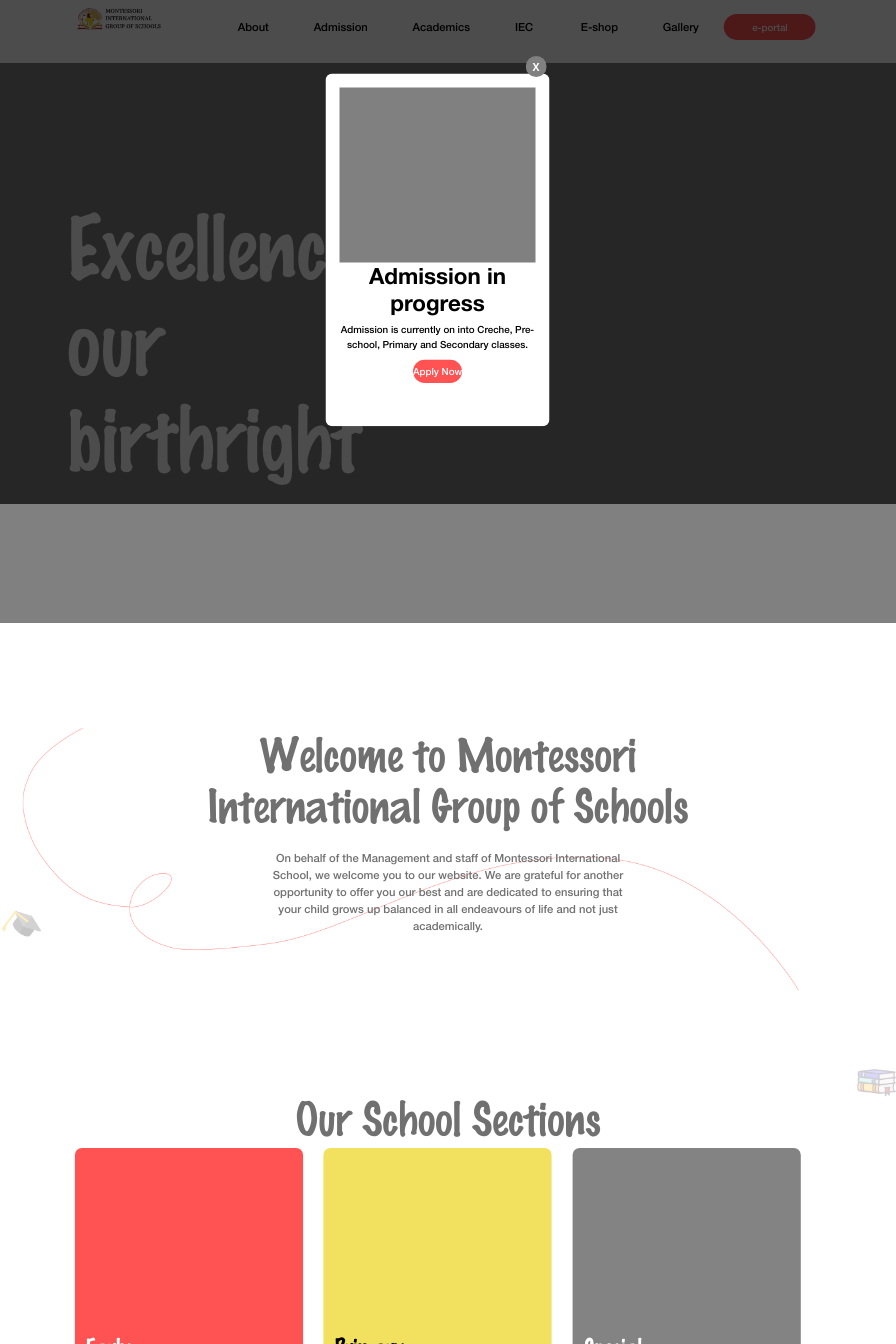
Repository: sarahnnanyelugo/MIGS
Page: /
These files come from the project's save history. The page is drawn as it stood at one moment and after the next save; the edit follows.
The browser window is 1280 px wide. The pictures show the part of the page from y = 0 to 1920 px (the page is 6410 px tall), at 70% of full size.
The project was rebuilt for these pictures with package versions that can differ from the ones it lists, and the page was loaded fresh each time.

Above is the page before, as saved 2023-05-30 22:10:43.

### src/index.js
import React from "react";
import ReactDOM from "react-dom/client";
import "./index.css";
import App from "./App";
import reportWebVitals from "./reportWebVitals";
import "bootstrap/dist/css/bootstrap.min.css";
import { BrowserRouter, Routes, Route, Link, Outlet } from "react-router-dom";
const root = ReactDOM.createRoot(document.getElementById("root"));
root.render(
  <BrowserRouter>
    <App />
  </BrowserRouter>
);

// If you want to start measuring performance in your app, pass a function
// to log results (for example: reportWebVitals(console.log))
// or send to an analytics endpoint. Learn more: https://bit.ly/CRA-vitals
reportWebVitals();

### src/App.js
import logo from "./logo.svg";
import "./App.scss";
import "bootstrap/dist/css/bootstrap.min.css";
import { BrowserRouter, Routes, Route, Link, Outlet } from "react-router-dom";
import Home from "./pages/Home/Home";
import ScrollToTop from "./components/scrollToTop";
import NavBar from "./components/NavBar/NavBar";
function App() {
  return (
    <>
      <ScrollToTop />
      <NavBar />
      <Routes>
        {" "}
        <Route path="/" element={<Home />} />
        {/* <Route path="tech-hub-page" element={<TechHub />} />
        <Route path="team-hire" element={<TeamHire />} />
        <Route path="hire-page" element={<HiringPage />} /> */}
      </Routes>
    </>
  );
}

export default App;

### src/App.scss
@font-face {
  font-family: maker;
  src: url(./assets/fonts/marker-felt/Marker-Felt.ttf);
}
@font-face {
  font-family: helveticaB;
  src: url(./assets/fonts/helvetica/HelveticaNeueBold.ttf);
}
@font-face {
  font-family: helveticaM;
  src: url(./assets/fonts/helvetica/HelveticaNeueMedium.ttf);
}
@font-face {
  font-family: helveticaR;
  // src: url(./assets/fonts/helvetica/HelveticaNeueRegular.ttf);
  src: url(./assets/fonts/helvetica/HelveticaNeue-Extended.otf);
}

h1,
h2,
h3,
h4,
h5,
h6 {
  font-family: maker;
}

### src/components/NavBar/NavBar.jsx
import React, { useEffect, useState, useRef } from "react";
import { Link, NavLink } from "react-router-dom";
import "./_navbar.scss";
import { useLocation } from "react-router-dom";
// import Icofont from "react-icofont";
import Logo from "../../assets/images/logo2.png";

function NavBar() {
  return (
    <>
      <div className="nav-container col-md-10 offset-md-1">
        {" "}
        <div className=" col-md-1 tech-logo-div">
          {" "}
          <img className="tech-logo" src={Logo} alt="Scholar" width="60%" />
        </div>
        <ul className="list-inline list-unstyled ">
          <li className="list-inline-item">
            <NavLink className="tech-links cool-link" to={"/"}>
              About
            </NavLink>
          </li>
          <li className="list-inline-item">
            <NavLink className="tech-links cool-link">Admission</NavLink>
          </li>
          <li className="list-inline-item">
            <NavLink className="tech-links cool-link">Academics</NavLink>
          </li>
          <li className="list-inline-item">
            <NavLink className="tech-links cool-link">IEC</NavLink>
          </li>{" "}
          <li className="list-inline-item">
            <NavLink className="tech-links cool-link">E-shop</NavLink>
          </li>
          <li className="list-inline-item">
            <NavLink className="tech-links cool-link">Gallery</NavLink>
          </li>
          <li className="list-inline-item">
            <button className="nav-btn">e-portal</button>
          </li>
          <li>
            <div class="mobile-container "></div>
          </li>
        </ul>
      </div>
    </>
  );
}

export default NavBar;

### src/components/AppModal/AppModal.js
import "./_app-modal.scss";

// import ModalImg from "../../assets/read2.png";
// import SampleLogo from "../../assets/wellspring.png";

import React, { useEffect, useRef, useState } from "react";

export const AppModal = () => {
  const [showActive, setShowActive] = useState(false);
  const modalContainer = useRef(null);
  const bodyTag = useRef(null);

  useEffect(() => {
    setTimeout(() => {
      // modalContainer.addClass("two");
      // document.body.addClass("modal-active");
      setShowActive(true);
      // modalContainer.click(function () {
      // setShowActive(false);
      // this.addClass("out");
      // document.body.removeClass("modal-active");
      // });
    }, 2000);
  }, []);
  const setThisShowActive = () => {
    setShowActive(!showActive);
  };
  return (
    <>
      <div
        className={`col-md-2 my-app-modal-container ${
          showActive ? "modal-active" : ""
        }`}
      >
        <div
          ref={modalContainer}
          className={`col-md-12 ${showActive ? "two" : ""}`}
          id="modal-container"
        >
          <div className="modal-background col-md-12">
            <button onClick={setThisShowActive} className="close-btn">
              {/* <i class="icofont-close">x</i> */}X
            </button>

            <div className="modal col-md-10">
              <div className="col-md-12 ">
                <div className="img-div"></div>
                <h2>Admission in progress</h2>
                <p>
                  Admission is currently on into Creche, Pre-school, Primary and
                  Secondary classes.
                </p>
                <buttton className="app-btn col-md-12">Apply Now</buttton>
              </div>{" "}
            </div>
          </div>
        </div>
      </div>
    </>
  );
};

### src/pages/Home/home.scss
@import "../../variables";
@import "../../shared-styles";
.landing-img {
  position: relative;
  text-align: left;
  color: #fff;
  height: 800px;
  background-color: grey;
  @media screen and (max-width: 620px) {
    text-align: center;
  }
}
.centered {
  position: absolute;
  top: 50%;
  left: 20%;

  transform: translate(-50%, -50%);
  h1 {
    font-size: 114px !important;
    @media screen and (max-width: 620px) {
      font-size: 64px !important;
      margin-left: 120px;
    }
  }
}
.welcome-header {
  color: #707070;

  h1 {
    font-size: 60px;
  }
}
.welcome-paragraph {
  p {
    color: #707070;
    font-family: helveticaM;
  }
}
.welcome-div {
  height: 800px;
  background: url("../../assets/images/curly.png");
  background-size: contain;
  background-repeat: no-repeat;
}
.section-div {
  margin-top: -280px;

  h1 {
    font-size: 60px;
    color: #707070;
  }
}
.sections-container {
  position: relative;
  text-align: center;
  margin-bottom: 50px;
  border-radius: 10px;
  height: 358px;
}
.bottom-left {
  position: absolute;
  bottom: 8px;
  left: 16px;
}
.early-years {
  background: #ff5252;
  color: #fff;
}
.primary {
  background: #f2e15f;
  color: #000;
}
.special {
  background: #838383;
  color: #fff;
}
.junior {
  background: #2ebbef;
  color: #fff;
}
.senior {
  background: #30eaa9;
  color: #000;
}
.birthright-div {
  background: url("../../assets/images/pink-bg.png");
  background-size: cover;
  background-repeat: no-repeat;
  padding: 60px 0;
  margin: 100px 0;
  h1 {
    margin-bottom: 20px;
  }
  span {
    color: $red;
    font-size: 60px;
  }
  color: #707070;
  p {
    font-family: helveticaM;
    margin-bottom: 100px;
  }
  .img-div {
    height: 487px;
    border-radius: 10px;
    background: #fff;
  }
}
.stats-div {
  background: #554907;
  padding: 50px 0;
  h1 {
    color: #fff;
    font-size: 60px;
    // margin-bottom: 40px;
  }
  .stats {
    h1 {
      color: #fff;
      font-size: 70px;
      font-family: helveticaB;
    }
    p {
      color: #fff;
      font-family: helveticaM;
    }
  }
}
.news-div {
  margin-bottom: 50px;
  .img-div2 {
    background: #ede6e6;
    border-radius: 10px;
    height: 256px;
  }
  .news-details {
    padding: 0 0 0 20px;
    h4 {
      font-family: helveticaM;
      margin: 20px 0;
    }
    button {
      border: none;
      width: 72px;
      height: 30px;
      font-size: 13px;
      font-family: helveticaM;
      border-radius: 35px;
    }
    p {
      font-family: helveticaM;
      color: #414040;
      font-size: 15px;
    }
    small {
      font-size: 13px;
      color: #707070;
    }
    .holidays {
      background: #c6ddf4;
      color: #0b66c1;
    }
    .events {
      background: #f6f7be;
      color: #d3bd13;
    }
  }
}
.events-container {
  height: 149px;
  background: #ede6e6;
  width: 164px;
  border-radius: 20px;
  padding-top: 22px;
  h1 {
    font-family: helveticaM;
  }
  small {
    font-family: helveticaR;
    color: #414040;
  }
}
.upcoming-div {
  p {
    font-family: helveticaR;
    font-size: 20px;
    margin-top: 20px;
    line-height: 22px;
  }
}
.pictures-container {
  background: #fbe5e5;
  padding: 50px 0;
  h1 {
    font-size: 60px;
    color: #6c6868;
  }
  span {
    font-size: 70px;
    color: $red;
  }
  .img-div2 {
    background: #fff;
    border-radius: 20px;
    height: 250px;
  }
  .img-div {
    background: #fff;
    border-radius: 20px;
    height: 550px;
  }
}

### src/pages/Home/Events.js
import React from "react";

function Events({ day, year, month }) {
  return (
    <div className="events-container">
      <center>
        <small>{month}</small>
        <h1>{day}</h1>
        <small>{year}</small>
      </center>
    </div>
  );
}

export default Events;

### src/components/NavBar/_navbar.scss
@import "../../variables";
@import "../../shared-styles";

.nav-container {
  display: flex;
  padding-top: 20px;
  position: relative;
  z-index: 2 !important;
  padding-bottom: 0;
  height: 90px;
  background-color: #fff !important;
  ul li {
    margin-top: 0px !important;
  }
  .nav-btn {
    @include app-btn;
    padding: 8px 40px;
    // margin-top: 0 !important;
    border: none;
    @media screen and (max-width: 620px) {
      display: none;
    }
  }
  .tech-logo-div {
    flex-grow: 1 !important;
    margin-top: -10px;
  }
  .tech-links {
    color: #000;
    text-decoration: none;
    font-family: helveticaM;
    margin: 0px 28px !important;
    &:hover {
      color: $red;
    }
    @media screen and (max-width: 620px) {
      display: none;
    }
  }
}

### src/components/AppModal/_app-modal.scss
@import "../../variables";
@import "../../shared-styles";

.my-app-modal-container {
  position: relative;
  z-index: 3000 !important;
  .close-btn {
    right: 39% !important;
    background: grey !important;
    border-radius: 100%;
    position: relative;
    float: right;
    height: 30px !important;
    width: 30px !important;
    font-size: 15px;
    font-weight: bold;
    color: #fff !important;
    margin-top: -25px;

    background: transparent;
    border: none;
    z-index: 4000;
    &:hover {
      color: $lightblue !important;
    }
    @media screen and (max-width: 620px) {
      right: 5% !important;
      margin-top: 20px;
    }
  }
  * {
    box-sizing: border-box;
  }

  html,
  body,
  .my-app-modal-container {
    min-height: 100%;
    height: 100%;

    &.modal-active {
      overflow: hidden;
    }
  }

  #modal-container {
    position: fixed;
    display: table;
    height: 100%;
    width: 100%;
    top: 0;
    left: 0;
    transform: scale(0);
    z-index: 1;

    &.two {
      transform: scale(1);
      .modal-background {
        background: rgba(0, 0, 0, 0);
        animation: fadeIn 0.5s cubic-bezier(0.165, 0.84, 0.44, 1) forwards;
        .modal {
          opacity: 0;
          animation: scaleUp 1s cubic-bezier(0.165, 0.84, 0.44, 1) forwards;
          background: #fff !important;
          border-radius: 10px;
          width: 25%;
          height: 70%;
          top: 0px;
          padding: 20px;
          @media screen and (max-width: 620px) {
            height: fit-content;
            width: 90%;
            top: 70px;
          }
          color: black;

          p {
            text-align: center !important;
            font-family: helveticaM;
            font-size: 14px;
          }
          h2 {
            font-family: helveticaB;
          }
        }
        .img-div {
          height: 250px;
          background: grey;
        }
      }
      + .content {
        animation: scaleBack 0.5s cubic-bezier(0.165, 0.84, 0.44, 1) forwards;
      }
      &.out {
        animation: quickScaleDown 0s 0.5s linear forwards;
        .modal-background {
          animation: fadeOut 0.5s cubic-bezier(0.165, 0.84, 0.44, 1) forwards;
          .modal {
            animation: scaleDown 0.5s cubic-bezier(0.165, 0.84, 0.44, 1)
              forwards;
          }
        }
        + .content {
          animation: scaleForward 0.5s cubic-bezier(0.165, 0.84, 0.44, 1)
            forwards;
        }
      }
    }

    .modal-background {
      display: table-cell;
      background: rgba(0, 0, 0, 0.6);
      text-align: center;
      vertical-align: middle;
      .modal {
        background: white;
        padding: 30px 0;
        display: inline-block;
        position: relative;

        .modal-svg {
          position: absolute;
          top: 0;
          left: 0;
          height: 100%;
          width: 100%;
          border-radius: 3px;
          rect {
            stroke: #fff;
            stroke-width: 2px;
            stroke-dasharray: 778;
            stroke-dashoffset: 778;
          }
        }
      }
    }
  }

  @keyframes unfoldIn {
    0% {
      transform: scaleY(0.005) scaleX(0);
    }
    50% {
      transform: scaleY(0.005) scaleX(1);
    }
    100% {
      transform: scaleY(1) scaleX(1);
    }
  }

  @keyframes unfoldOut {
    0% {
      transform: scaleY(1) scaleX(1);
    }
    50% {
      transform: scaleY(0.005) scaleX(1);
    }
    100% {
      transform: scaleY(0.005) scaleX(0);
    }
  }

  @keyframes zoomIn {
    0% {
      transform: scale(0);
    }
    100% {
      transform: scale(1);
    }
  }

  @keyframes zoomOut {
    0% {
      transform: scale(1);
    }
    100% {
      transform: scale(0);
    }
  }

  @keyframes fadeIn {
    0% {
      background: rgba(0, 0, 0, 0);
    }
    100% {
      background: rgba(0, 0, 0, 0.7);
    }
  }

  @keyframes fadeOut {
    0% {
      background: rgba(0, 0, 0, 0.7);
    }
    100% {
      background: rgba(0, 0, 0, 0);
    }
  }

  @keyframes scaleUp {
    0% {
      transform: scale(0.8) translateY(1000px);
      opacity: 0;
    }
    100% {
      transform: scale(1) translateY(0px);
      opacity: 1;
    }
  }

  @keyframes scaleDown {
    0% {
      transform: scale(1) translateY(0px);
      opacity: 1;
    }
    100% {
      transform: scale(0.8) translateY(1000px);
      opacity: 0;
    }
  }

  @keyframes scaleBack {
    0% {
      transform: scale(1);
    }
    100% {
      transform: scale(0.85);
    }
  }

  @keyframes scaleForward {
    0% {
      transform: scale(0.85);
    }
    100% {
      transform: scale(1);
    }
  }

  @keyframes quickScaleDown {
    0% {
      transform: scale(1);
    }
    99.9% {
      transform: scale(1);
    }
    100% {
      transform: scale(0);
    }
  }

  @keyframes slideUpLarge {
    0% {
      transform: translateY(0%);
    }
    100% {
      transform: translateY(-100%);
    }
  }

  @keyframes slideDownLarge {
    0% {
      transform: translateY(-100%);
    }
    100% {
      transform: translateY(0%);
    }
  }

  @keyframes moveUp {
    0% {
      transform: translateY(150px);
    }
    100% {
      transform: translateY(0);
    }
  }

  @keyframes moveDown {
    0% {
      transform: translateY(0px);
    }
    100% {
      transform: translateY(150px);
    }
  }

  @keyframes blowUpContent {
    0% {
      transform: scale(1);
      opacity: 1;
    }
    99.9% {
      transform: scale(2);
      opacity: 0;
    }
    100% {
      transform: scale(0);
    }
  }

  @keyframes blowUpContentTwo {
    0% {
      transform: scale(2);
      opacity: 0;
    }
    100% {
      transform: scale(1);
      opacity: 1;
    }
  }

  @keyframes blowUpModal {
    0% {
      transform: scale(0);
    }
    100% {
      transform: scale(1);
    }
  }

  @keyframes blowUpModalTwo {
    0% {
      transform: scale(1);
      opacity: 1;
    }
    100% {
      transform: scale(0);
      opacity: 0;
    }
  }

  @keyframes roadRunnerIn {
    0% {
      transform: translateX(-1500px) skewX(30deg) scaleX(1.3);
    }
    70% {
      transform: translateX(30px) skewX(0deg) scaleX(0.9);
    }
    100% {
      transform: translateX(0px) skewX(0deg) scaleX(1);
    }
  }

  @keyframes roadRunnerOut {
    0% {
      transform: translateX(0px) skewX(0deg) scaleX(1);
    }
    30% {
      transform: translateX(-30px) skewX(-5deg) scaleX(0.9);
    }
    100% {
      transform: translateX(1500px) skewX(30deg) scaleX(1.3);
    }
  }

  @keyframes sketchIn {
    0% {
      stroke-dashoffset: 778;
    }
    100% {
      stroke-dashoffset: 0;
    }
  }

  @keyframes sketchOut {
    0% {
      stroke-dashoffset: 0;
    }
    100% {
      stroke-dashoffset: 778;
    }
  }

  @keyframes modalFadeIn {
    0% {
      background-color: transparent;
    }
    100% {
      background-color: white;
    }
  }

  @keyframes modalFadeOut {
    0% {
      background-color: white;
    }
    100% {
      background-color: transparent;
    }
  }

  @keyframes modalContentFadeIn {
    0% {
      opacity: 0;
      top: -20px;
    }
    100% {
      opacity: 1;
      top: 0;
    }
  }

  @keyframes modalContentFadeOut {
    0% {
      opacity: 1;
      top: 0px;
    }
    100% {
      opacity: 0;
      top: -20px;
    }
  }

  @keyframes bondJamesBond {
    0% {
      transform: translateX(1000px);
    }
    80% {
      transform: translateX(0px);
      border-radius: 75px;
      height: 75px;
      width: 75px;
    }
    90% {
      border-radius: 3px;
      height: 182px;
      width: 247px;
    }
    100% {
      border-radius: 3px;
      height: 162px;
      width: 227px;
    }
  }

  @keyframes killShot {
    0% {
      transform: translateY(0) rotate(0deg);
      opacity: 1;
    }
    100% {
      transform: translateY(300px) rotate(45deg);
      opacity: 0;
    }
  }

  @keyframes fadeToRed {
    0% {
      background-color: rgba(black, 0.6);
    }
    100% {
      background-color: rgba(red, 0.8);
    }
  }

  @keyframes slowFade {
    0% {
      opacity: 1;
    }
    99.9% {
      opacity: 0;
      transform: scale(1);
    }
    100% {
      transform: scale(0);
    }
  }
}

### src/_variables.scss
$yellow: rgb(255, 210, 16);
$red: #ff5252;
$skyblue: rgb(83, 180, 242);
$lightblue: rgb(12, 99, 177);
$lightblue2: rgb(12, 88, 160);
$lighterblue: rgb(211, 236, 252);
$deepblue2: rgb(0, 79, 157);
$mainblue: rgb(1, 71, 141);

@mixin app-btn {
  color: #fff;
  border-radius: 35px;
  padding: 8px 0px;
  font-size: 14px;
  background: $red;
  border: none;
  @media screen and (max-width: 620px) {
    padding: 8px 100px;
  }
  font-family: helveticaM;
  &:hover {
    background: #c90e0e;
    transition: 0.5s ease;
  }
}

### src/_shared-styles.scss
@import "./variables";

@media screen and (max-width: 620px) {
  .flexyM {
    display: flex !important;
  }
  .side-menu {
    display: none !important;
  }
  .page-body {
    padding: 20px;
  }

  .dn {
    display: none;
  }
  .holder img {
    height: 200px;
    margin-top: 40px !important;
  }
  .overlay {
    bottom: -30px !important;
  }
  .m-margin {
    margin-top: 0 !important;
    margin-bottom: 0 !important;
  }
  .navigations {
    display: none;
  }
  .breadcrum {
    margin-top: 350px !important;
  }
}
@media screen and (min-width: 620px) {
  .flexy {
    display: flex;
  }
  .spread {
    display: flex;
  }
  // {
  //   display:none;
  // }
}

/* Container needed to position the overlay. Adjust the width as needed */
.holder {
  position: relative;
  width: 100%;
}

.side-nav2 {
  @media screen and (max-width: 620px) {
    padding: 0 10px 0;
  }
}
.br {
  border-radius: 10px;
}
.mt1 {
  margin-top: 10px;
}
.mt2 {
  margin-top: 20px;
}
.mt3 {
  margin-top: 30px;
}
.mt4 {
  margin-top: 40px;
}
.mt5 {
  margin-top: 50px;
}
.mt6 {
  margin-top: 60px;
}
.mt7 {
  margin-top: 70px;
}
.mt8 {
  margin-top: 80px;
}
.mt9 {
  margin-top: 90px;
}
.mt {
  margin-top: 120px;
}
.mtt {
  margin-top: 150px;
}
.mr1 {
  margin-right: 10px;
}
.mr2 {
  margin-right: 20px;
}
.mr3 {
  margin-right: 30px;
}
.mr4 {
  margin-right: 40px;
}
.mr5 {
  margin-right: 50px;
}
.mr6 {
  margin-right: 60px;
}
.mr7 {
  margin-right: 70px;
}
.mb1 {
  margin-bottom: 10px;
}
.mb2 {
  margin-bottom: 20px;
}
.mb3 {
  margin-bottom: 30px;
}
.mb4 {
  margin-bottom: 40px;
}
.mb5 {
  margin-bottom: 50px;
}
.mb6 {
  margin-bottom: 60px;
}
.ml2 {
  margin-left: 20px;
}
.ml3 {
  margin-left: 30px;
}
.ml4 {
  margin-left: 40px;
}
.ml5 {
  margin-left: 50px;
}
.ml6 {
  margin-left: 60px;
}

.app-btn {
  @include app-btn;
  width: 100% !important;
}
.tac {
  text-align: center;
}
.normal-link {
  font-family: helveticaM;
  color: black !important;
  text-decoration: none;
}

Loaded but not shown: public/index.html (common file); src/index.css (common file); src/reportWebVitals.js (common file); src/components/scrollToTop.js (common file); src/pages/Home/Home.js (360 lines, source omitted)

After the next save:
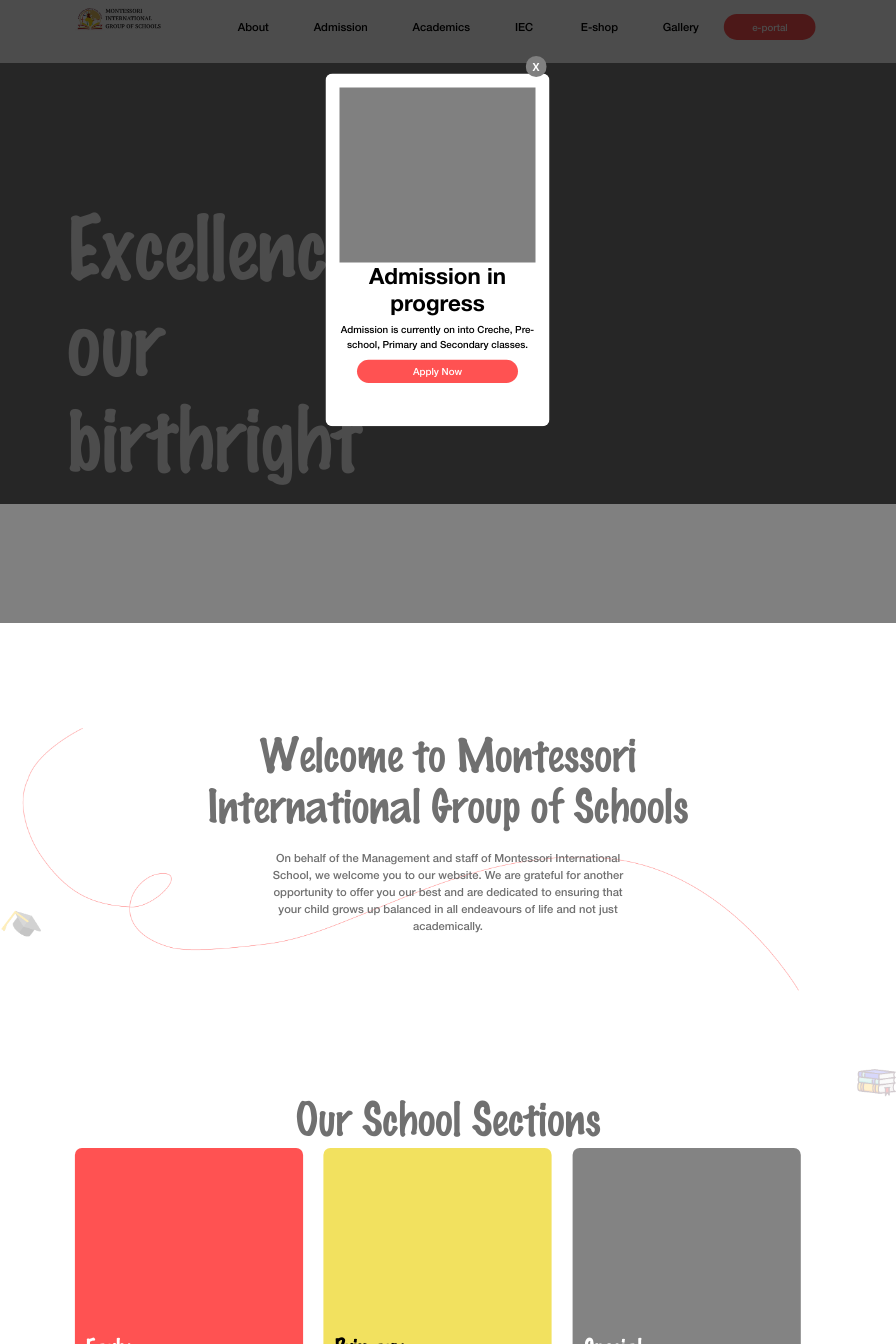
Saved 87 s later.
--- a/src/components/AppModal/_app-modal.scss
+++ b/src/components/AppModal/_app-modal.scss
@@ -87,6 +87,9 @@
           height: 250px;
           background: grey;
         }
+        .app-btn {
+          padding: 8px 80px;
+        }
       }
       + .content {
         animation: scaleBack 0.5s cubic-bezier(0.165, 0.84, 0.44, 1) forwards;
